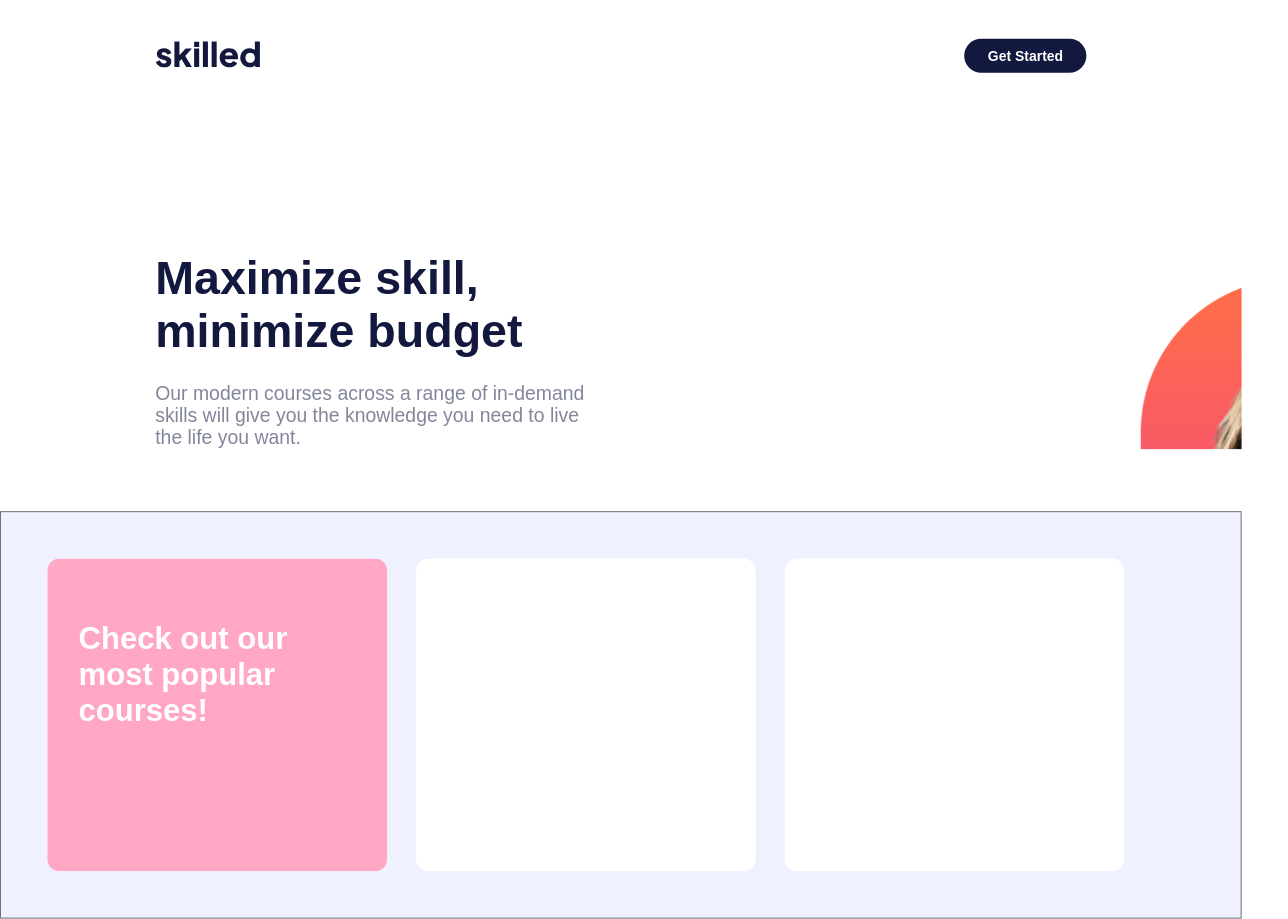
Repository: exe-walt/E-Learning-Landing-Page
Page: index.html
These files come from the project's save history. The page is drawn as it stood at one moment and after the next save; the edit follows.
The browser window is 1280 px wide. The page is 1280 px wide, then 1328 px, then 1280 px, so the pictures cover 1328 px, including what lies to the right of the window. The pictures show the whole page, at 97% of full size.
Some web fonts or font styles are not loaded; a fallback is used.

Above is the page before, as saved 2025-05-28 14:13:20.

### index.html
<!DOCTYPE html> <!-- Document type declaration for HTML5 -->
<html lang="en">
<head>
  <meta charset="UTF-8"> <!-- Character encoding set to UTF-8 -->
  <meta name="viewport" content="width=device-width, initial-scale=1.0"> <!-- Responsive design meta tag -->
  <title>Skilled E-Learning Page</title> <!-- Page title -->
  <link rel="stylesheet" href="css/style.css"> <!-- Link to external CSS file -->
  <link href="https://fonts.cdnfonts.com/css/plus-jakarta-sans" rel="stylesheet"> <!-- Import custom font -->
</head>
<body>
  <div class="content-container"> <!-- Main content container -->

    <!-- NAVBAR SECTION -->
    <div class="navbar">
      <ul>
        <li id="logo">
          <img src="img/skilled-logo.svg" alt="logo">
        </li>
        <li class="navbar-button">
          <button>Get Started</button> <!-- Call-to-action button -->
        </li>
      </ul>
    </div>

    <!-- HERO SECTION -->
    <div class="hero-section">
      <div class="hero-text">
        <h1>Maximize skill, <br>minimize budget</h1>

        <p>
          Our modern courses across a range of in-demand <br> skills will give you the knowledge you need to live <br> the life you want.
        </p>
      </div>
    </div>

    <!--Popular Courses Cards-->
    <div class="courses-container">
      <div class="main-left">
        <p>Check out our <br>most popular <br>courses! </p>
      </div>
      <div class="animation-card"></div>
      <div class="design-card"></div>
    </div>


  </div>

</body>
</html>

### css/style.css
* {
  box-sizing: border-box;
  margin: 0;
  padding: 0;
}

.navbar, .hero-section{
  background-image: url(../img/Group19.png);
}

body {
  font-family: "Plus Jakarta Sans", sans-serif;
  margin: 0;
  display: flex;
  justify-content: center;
  align-items: center;
}

.content-container {
  background-color: #ffffff;
  max-width: 100%;
  width: 100%;
  height: auto;
}

.navbar {
  display: flex;
  justify-content: space-between;
  align-items: center;
  background-color: white;
  margin-left: 10em;
  margin-right: 10em;
  margin-top: 2.5em;
}

.navbar ul {
  display: flex;
  align-items: center;
  justify-content: space-between;
  width: 100%;
  list-style: none;
}

#logo img {
  height: 1.75em;
  width: auto;
}

.navbar-button button {
  background-color: #13183f;
  color: white;
  border: none;
  border-radius: 999px;
  padding: 0.6rem 1.5rem;
  font-weight: 600;
  font-size: 0.9rem;
  cursor: pointer;
  transition: background-color 0.3s ease;
}

.navbar-button button:hover {
  background-color: #666ca3;
}

.hero-section {
  display: flex;
}

.hero-text {
  margin-left: 10em;
  margin-top: 11.5em;
}

.hero-text h1 {
  font-weight: 800; /* ExtraBold */
  font-size: 3rem;
  color: #13183f;
}

.hero-text p {
  font-weight: 400; /* Medium */
  font-size: 1.25rem;
  color: #83869a;
  padding-top: 1.25em;
}

.courses-container{
  display: flex;
  gap: 30px;
  max-width: 100%;
  width: 100%;
  height: auto;
  border: 1px solid #6d6d6d;
  padding-left: 10em;
  padding: 3em;
  margin-top: 4em;;
  background-color: #F0F1FF;
}

.main-left{
  width: 350px;
  height: 322px;
  border-radius: 12px;
  background: #FFA7C3; /* apply this gradient (#F02AA6 - FF6F48) */
}

.main-left p{
  font-size: 2em;
  font-weight: bolder;
  color: white;
  padding-top: 64px;
  padding-left: 32px;
  padding-right: 32px;
  padding-bottom: 138px;
  justify-content: center;
}

.animation-card, .design-card{
  width: 350px;
  height: 322px;
  border-radius: 12px;
  background:#ffffff;

}

After the next save:
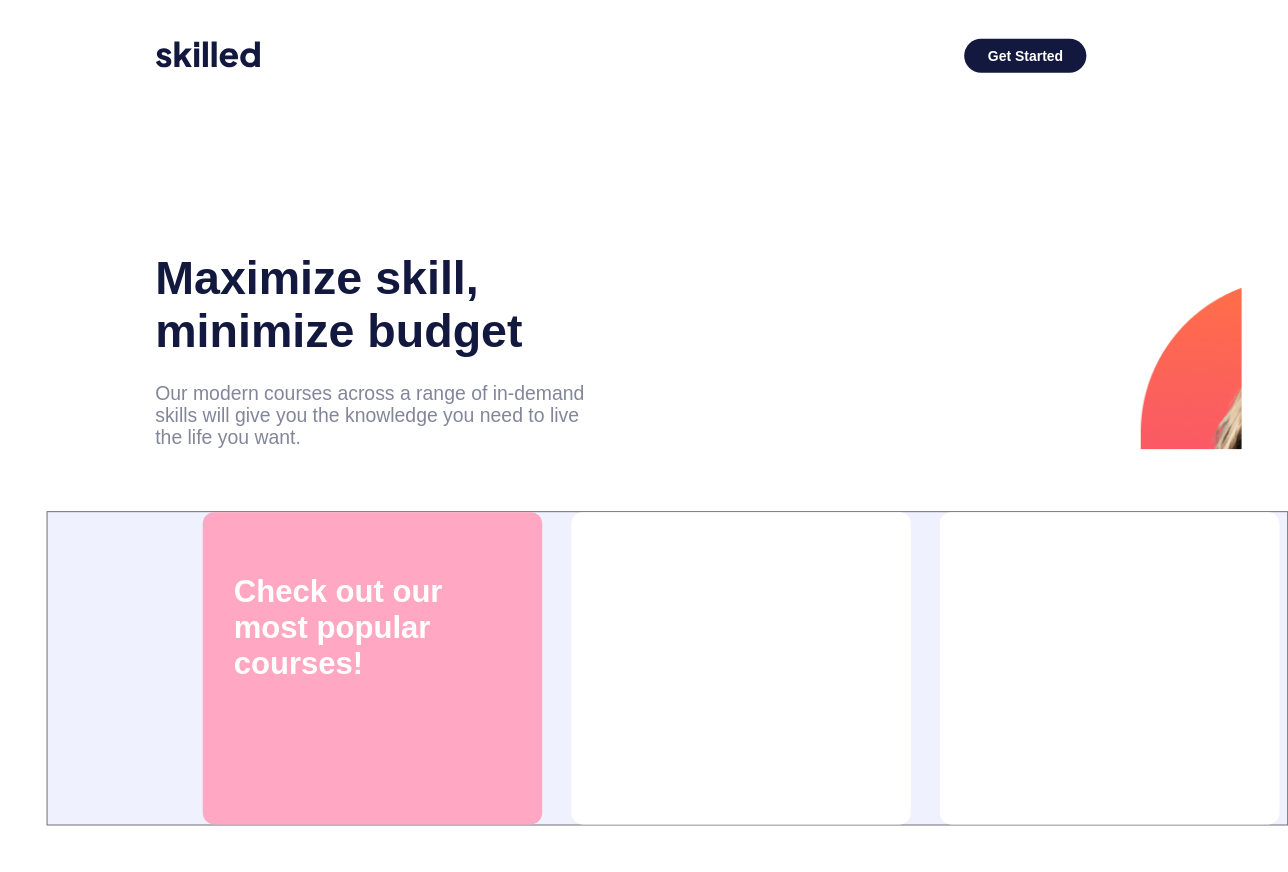
Saved 15 s later.
--- a/css/style.css
+++ b/css/style.css
@@ -92,7 +92,7 @@ body {
   height: auto;
   border: 1px solid #6d6d6d;
   padding-left: 10em;
-  padding: 3em;
+  margin: 3em;
   margin-top: 4em;;
   background-color: #F0F1FF;
 }

After the save that followed:
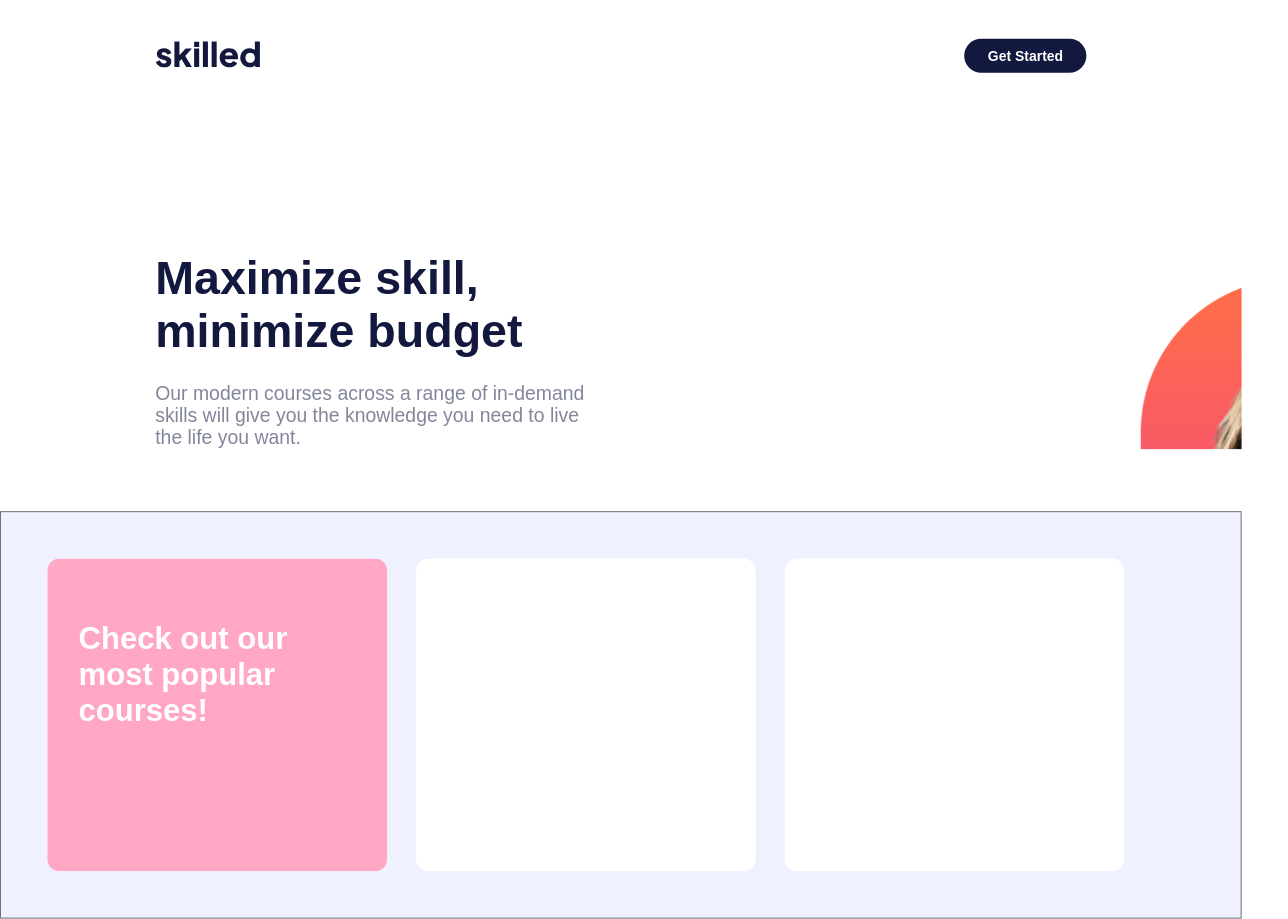
Saved 10 s later.
--- a/css/style.css
+++ b/css/style.css
@@ -92,7 +92,7 @@ body {
   height: auto;
   border: 1px solid #6d6d6d;
   padding-left: 10em;
-  margin: 3em;
+  padding: 3em;
   margin-top: 4em;;
   background-color: #F0F1FF;
 }
